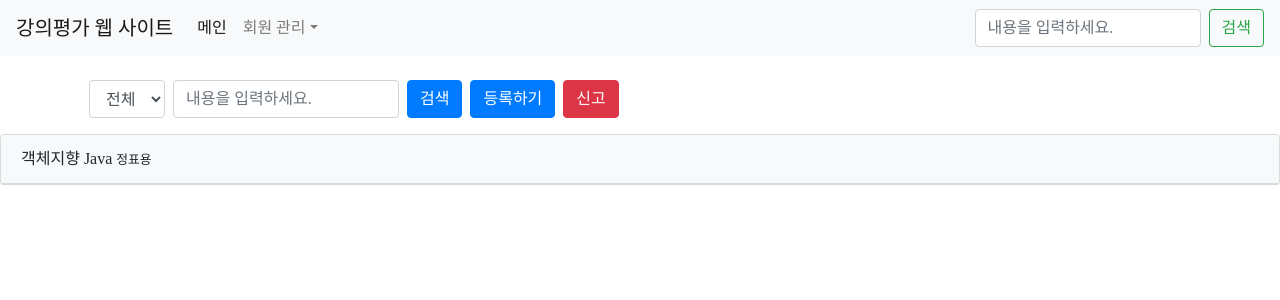
Repository: sur2/JSP-Lecture-Evaluation
Page: http://localhost/Lecture_Evaluation/userJoin.jsp
An editor plug-in stored every save of this project. The page is shown before and after the next save, followed by the edit.
The browser window is 1280 px wide. The pictures show the whole page.
Some web fonts or font styles are not loaded; a fallback is used. The page is served by Tomcat 9.

Above is the page before, as saved 2020-01-03 09:44:07.

After the next save:
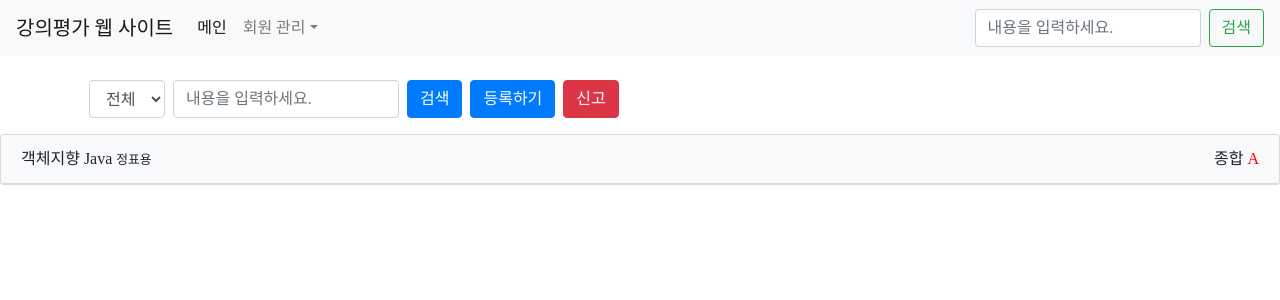
Saved 94 s later.
--- a/Lecture Evaluation/WebContent/userJoin.jsp
+++ b/Lecture Evaluation/WebContent/userJoin.jsp
@@ -58,6 +58,9 @@
 		<div class="card-header bg-light">
 			<div class="row">
 				<div class="col-8 text-left">객체지향 Java&nbsp;<small>정표용</small></div>
+				<div class="col-4 text-right">종합
+					<span style="color: red;">A</span>
+				</div>
 			</div>
 		</div>
 	</div>
